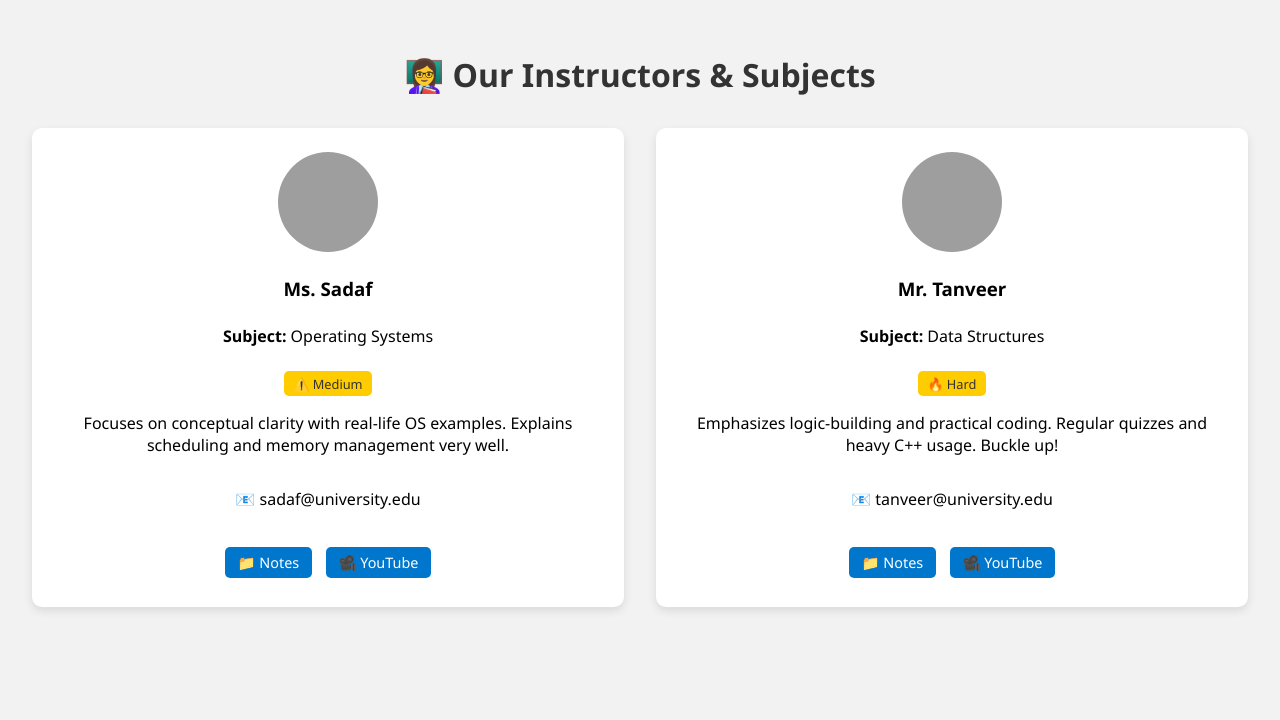
Repository: MariamSawera/eduNova
Page: subjects.html
The author's editor kept a copy of each file at every save. The page is drawn from the files as they stood at one save, then again after the next save.
The browser window is 1280 px wide. The pictures show the whole page.
Pictures or frames that could not be fetched are drawn as grey boxes.

Above is the page before, as saved 2025-07-23 19:23:21.

After the next save:
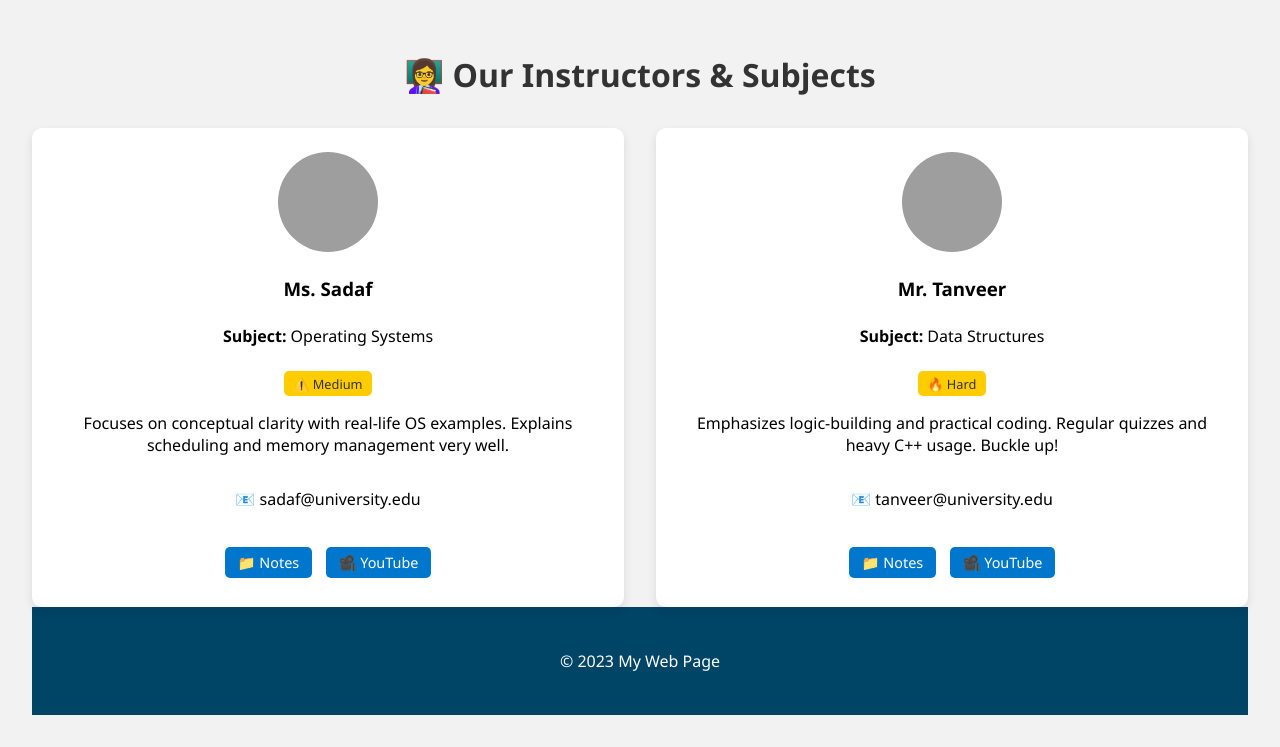
Saved 30 s later.
--- a/subjects.html
+++ b/subjects.html
@@ -44,5 +44,11 @@
 
   </div>
 
+
+
+    <footer class="footer">
+        <p>&copy; 2023 My Web Page</p>
+    </footer>
+
 </body>
 </html>
